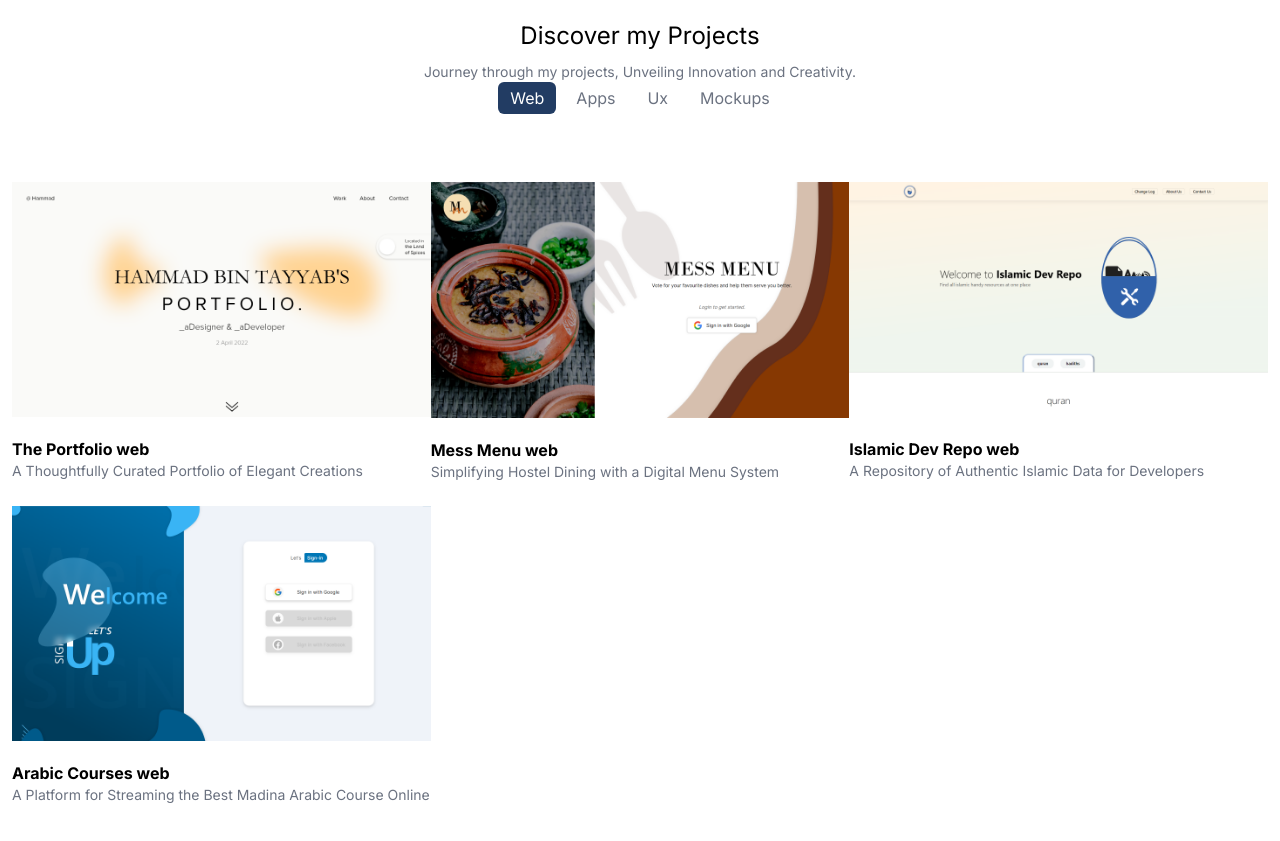
Repository: SpicierEwe/my_portfolio_v2
Page: /
An editor plug-in stored every save of this project. The page is shown before and after the next save, followed by the edit.
The browser window is 1280 px wide. The pictures show the whole page.
The project was rebuilt for these pictures with package versions that can differ from the ones it lists, and the page was loaded fresh each time. The framework's server and built-in components were replaced by stand-ins that run in the browser. Also part of the build but not shown: next.config.js, core/utils/customIcons.js, core/utils/utils.tsx, core/db/sub_db_data/ux_db.js.

Above is the page before, as saved 2024-04-22 11:15:08.

After the next save:
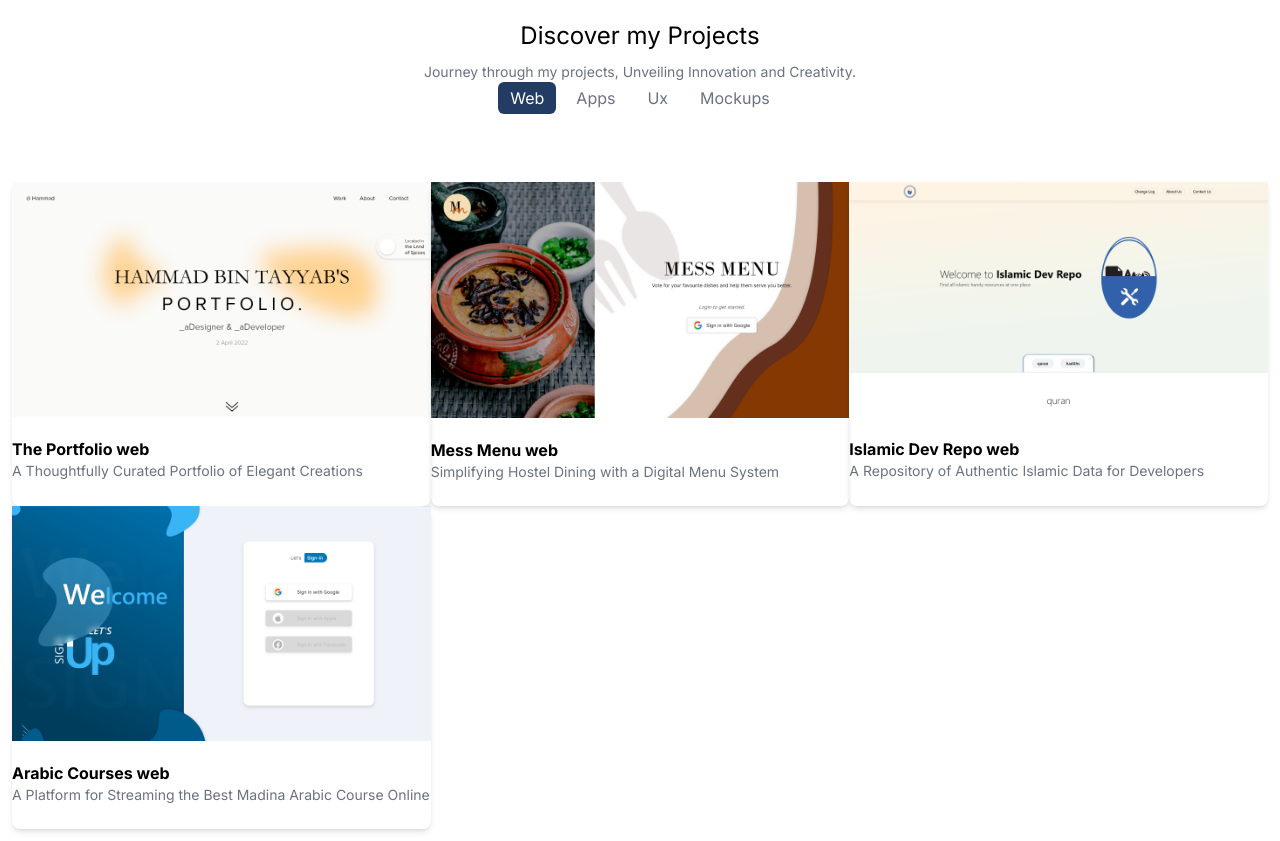
Saved 19 s later.
--- a/Components/Work_section/work_section.tsx
+++ b/Components/Work_section/work_section.tsx
@@ -55,7 +55,7 @@ export default function WorkSection() {
               const imageLink: string = item["imageLink"];
               const tagLine = item["projectTagLine"];
               return (
-                <div key={index}>
+                <div key={index} className="shadow-md rounded-lg">
                   {
                     <Image
                       className=""
